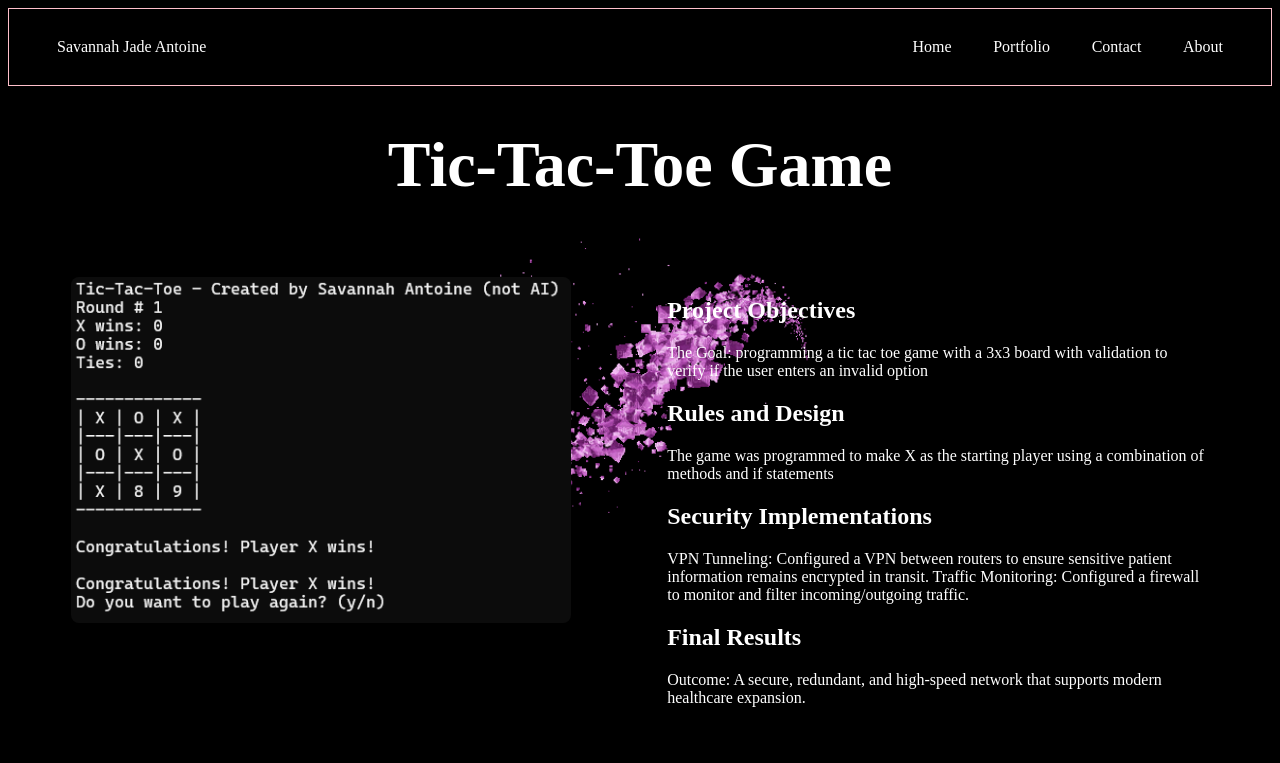
Repository: Savannah-Antoine/Savannah-Antoine
Page: pages/project-name-3.html
The author's editor kept a copy of each file at every save. The page is drawn from the files as they stood at one save, then again after the next save.
The browser window is 1280 px wide. The pictures show the whole page.

Above is the page before, as saved 2026-05-16 01:15:16.

After the next save:
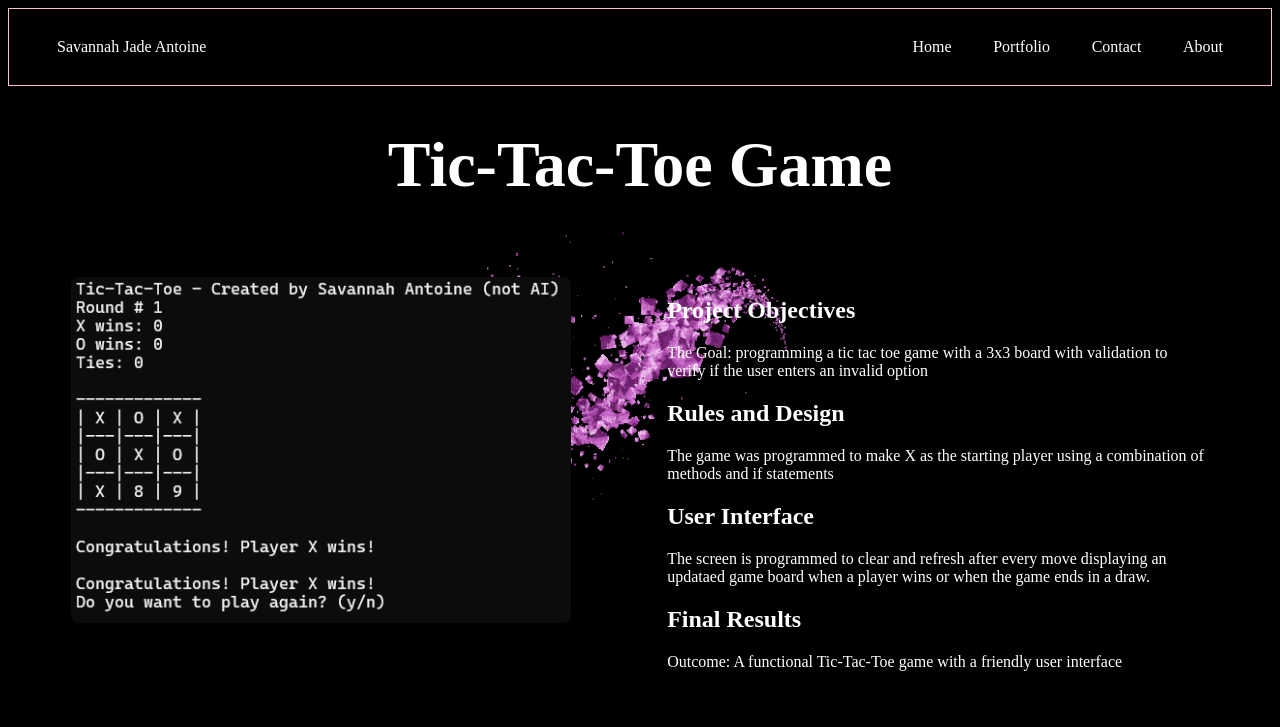
Saved 7 min 31 s later.
--- a/pages/project-name-3.html
+++ b/pages/project-name-3.html
@@ -40,19 +40,16 @@
 </p>
 
 
-<h2>Security Implementations</h2>
+<h2>User Interface</h2>
 <p>
-VPN Tunneling: Configured a VPN between routers to ensure sensitive patient information remains encrypted in transit.
-
-Traffic Monitoring: Configured a firewall to monitor and filter incoming/outgoing traffic.
-
+    The screen is programmed to clear and refresh after every move displaying an updataed game board when a player wins or when the game ends in a draw.
 </p>
 
 
 <h2>Final Results</h2>
 
 <p>
-    Outcome: A secure, redundant, and high-speed network that supports modern healthcare expansion.
+    Outcome: A functional Tic-Tac-Toe game with a friendly user interface
 </p>
 </section>
 </div>
